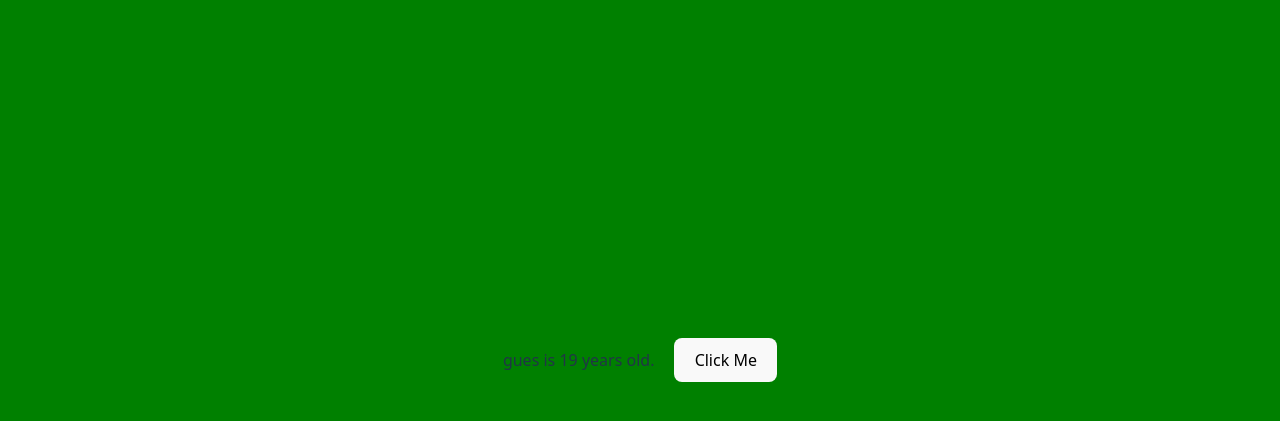
Repository: DaneJuswa/LearningReact
Page: / (app in reactProject/)
These files come from the project's save history. The page is drawn as it stood at one moment and after the next save; the edit follows.
The browser window is 1280 px wide. The pictures show the whole page.
The project was rebuilt for these pictures with package versions that can differ from the ones it lists, and the page was loaded fresh each time. Also part of the build but not shown: reactProject/vite.config.js.

Above is the page before, as saved 2025-09-15 16:30:23.

### reactProject/src/main.jsx
import { StrictMode } from 'react'
import { createRoot } from 'react-dom/client'
import App from './App.jsx'
import './index.css'
import Cards from './Cards.jsx'

createRoot(document.getElementById('root')).render(
  <StrictMode>
    <App/>

  </StrictMode>,
)

### reactProject/src/App.jsx
import './App.css'
import Cards from './Cards'
import Button from './Button';
function App() {
  return (
    <>
      <Cards/>
      <Button/>
    </>
  );
}

export default App   // 👈 end App here, don’t mix Button

### reactProject/src/Cards.jsx

import PropTypes from "prop-types";

function Cards({ name = "gues", age=19 }) {
  return <p>{name} is {age} years old.</p>;
}


Cards.defaultProps = {
    name : "Guest",
    age: 0
}
export default Cards;

### reactProject/src/App.css
#root {
  width: 100%;
  display: flex;
   flex-direction: row ;
   column-gap: 10px;
  justify-content: center;
  align-items: center;
  min-height: 100vh; /* make sure it's vertically centered */
  background-color: green;
  margin: 0; /* remove default spacing */
}

.card-container {
  width: 150px;
  height: 200px;
  background-color: aquamarine;
  border-radius: 10px; /* rounded corners */
  box-shadow: 0 4px 6px rgba(0,0,0,0.1); /* subtle shadow */
  display: flex;
  flex-direction: column;
  justify-content: center;
  align-items: center;
  font-family: sans-serif;
  gap: 10px; /* spacing between image & text */
}

.card-container:hover{
  box-shadow: 10px 10px 10px rgba(0,0,0,0.1);
  cursor: pointer;
}

### reactProject/src/Button.jsx
function Button(){

    const handleClick = () =>{console.log("button clicked")}
    return (
        <>
        <p></p>
        <button onClick={handleClick}>Click Me</button>
        </>

    )
}
export default Button

Loaded but not shown: reactProject/index.html (common file); reactProject/src/index.css (common file)

After the next save:
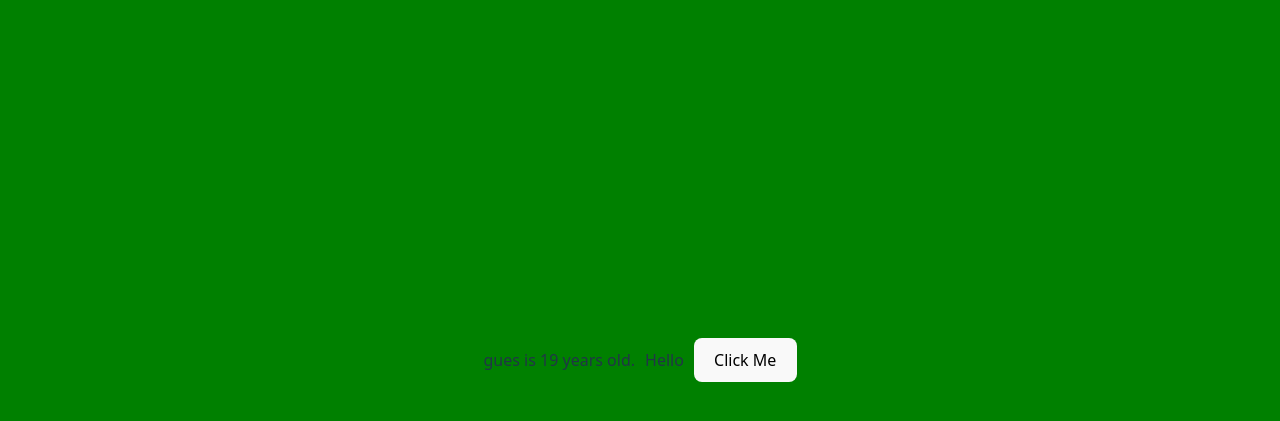
Saved 56 s later.
--- a/reactProject/src/Button.jsx
+++ b/reactProject/src/Button.jsx
@@ -3,7 +3,7 @@ function Button(){
     const handleClick = () =>{console.log("button clicked")}
     return (
         <>
-        <p></p>
+        <p>Hello</p>
         <button onClick={handleClick}>Click Me</button>
         </>
 
